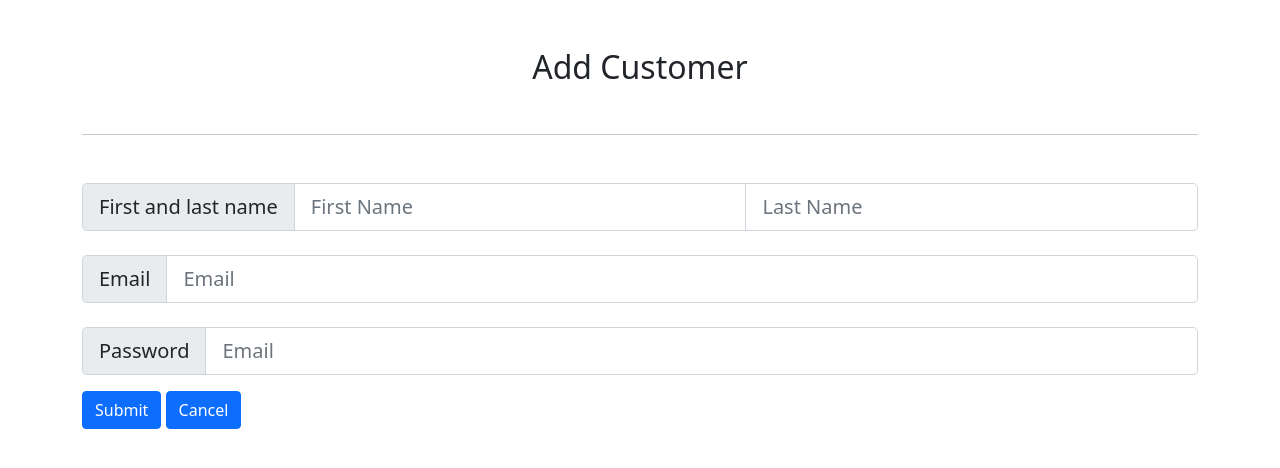
Repository: valletivarish/monojsp
Page: http://localhost/11-bank-application/add-customer.jsp
The author's editor kept a copy of each file at every save. The page is drawn from the files as they stood at one save, then again after the next save.
The browser window is 1280 px wide. The pictures show the whole page.
The page is served by Tomcat 9. Other server files are loaded and not shown.

Above is the page before, as saved 2024-07-20 07:24:50.

### 11-bank-application/WebContent/add-customer.jsp
<%@ page language="java" contentType="text/html; charset=ISO-8859-1"
	pageEncoding="ISO-8859-1"%>
<!DOCTYPE html>
<html>
<head>
<meta charset="ISO-8859-1">
<title>Insert title here</title>
<link
	href="https://cdn.jsdelivr.net/npm/bootstrap@5.0.2/dist/css/bootstrap.min.css"
	rel="stylesheet"
	integrity="sha384-EVSTQN3/azprG1Anm3QDgpJLIm9Nao0Yz1ztcQTwFspd3yD65VohhpuuCOmLASjC"
	crossorigin="anonymous">
<script
	src="https://cdn.jsdelivr.net/npm/bootstrap@5.0.2/dist/js/bootstrap.bundle.min.js"
	integrity="sha384-MrcW6ZMFYlzcLA8Nl+NtUVF0sA7MsXsP1UyJoMp4YLEuNSfAP+JcXn/tWtIaxVXM"
	crossorigin="anonymous"></script>
</head>
<body>
	<div class="container my-5">
		<h2 class="text-center my-5">Add Customer</h2>
		<hr>
		<form action="admin" method="post">
			<div class="col-sm-10 my-3">
				<input type="hidden" name="command" value="insert"
					class="form-control">
			</div>
			<div class="input-group input-group-lg mt-5 ">
				<span class="input-group-text">First and last name</span> <input
					type="text" aria-label="First name" class="form-control" placeholder="First Name" name="fname"> <input
					type="text" aria-label="Last name" class="form-control" placeholder="Last Name" name="lname">
			</div>
			<div class="input-group flex-nowrap input-group-lg  mt-4">
				<span class="input-group-text" id="addon-wrapping">Email</span> <input
					type="text" class="form-control" placeholder="Email"
					aria-label="Email" aria-describedby="addon-wrapping" name="email">
			</div>
			<div class="input-group flex-nowrap input-group-lg  mt-4">
				<span class="input-group-text" id="addon-wrapping">Password</span> <input
					type="text" class="form-control" placeholder="Email"
					aria-label="Password" aria-describedby="addon-wrapping" name="password">
			</div>

			<div class="col-sm-10 my-3">
				<input type="submit" value="Submit" class="btn btn-primary">
				<a href="admin" class="btn btn-primary">Cancel</a>
			</div>

		</form>
	</div>
</body>
</html>

After the next save:
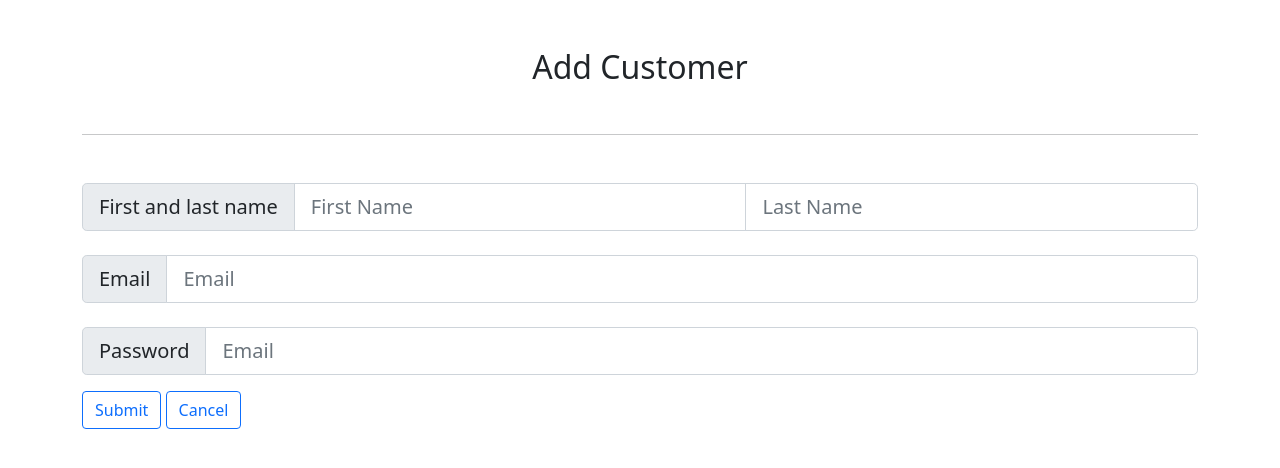
Saved 77 s later.
--- a/11-bank-application/WebContent/add-customer.jsp
+++ b/11-bank-application/WebContent/add-customer.jsp
@@ -41,8 +41,8 @@
 			</div>
 
 			<div class="col-sm-10 my-3">
-				<input type="submit" value="Submit" class="btn btn-primary">
-				<a href="admin" class="btn btn-primary">Cancel</a>
+				<input type="submit" value="Submit" class="btn btn-outline-primary">
+				<a href="admin" class="btn btn-outline-primary">Cancel</a>
 			</div>
 
 		</form>
